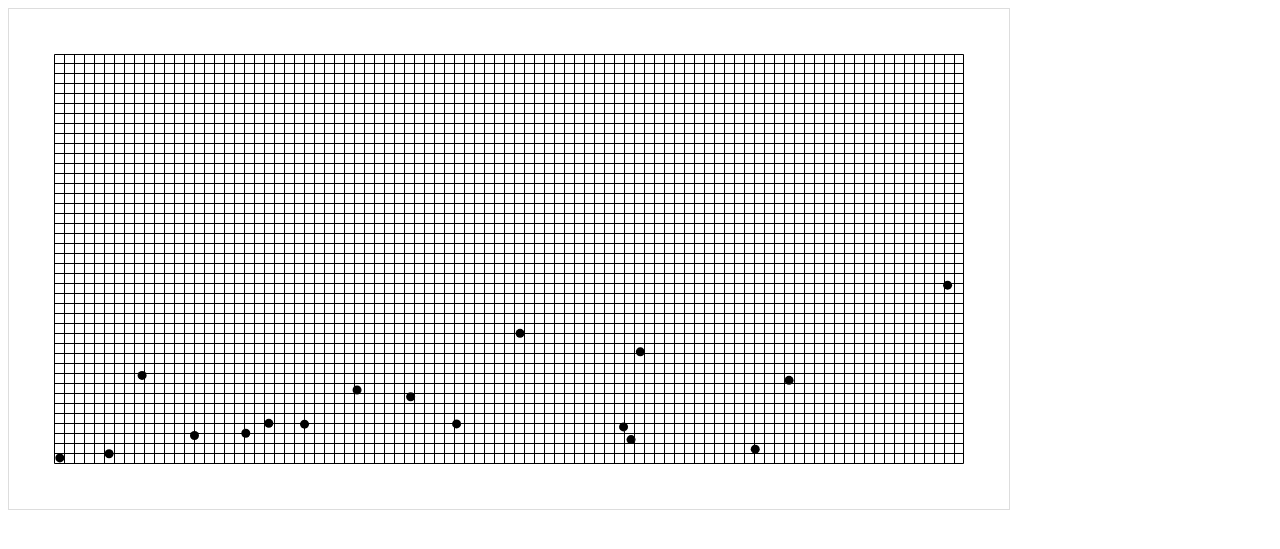
Repository: cw19931024/Demo
Page: canvas.html
An editor plug-in stored every save of this project. The page is shown before and after the next save, followed by the edit.
The browser window is 1280 px wide. The pictures show the whole page.

Above is the page before, as saved 2017-07-27 17:38:15.

### canvas.html
<!DOCTYPE html>
<html lang="en">

<head>
    <meta charset="UTF-8">
    <meta name="viewport" content="width=device-width, initial-scale=1.0">
    <meta http-equiv="X-UA-Compatible" content="ie=edge">
    <style>
        canvas {
            width: 1000px;
            height: 500px;
            margin: 0 auto;
            border: 1px solid #ddd;
        }
    </style>
    <title>Document</title>
</head>

<body>
    <canvas id="canvas" width="1000" height="500"></canvas>
</body>
<script>
    var data = [
        [0.85, 2.57],
        [50.1, 6.72],
        [83.09, 85.11],
        [135.5, 25.01],
        [186.77, 27.26],
        [209.82, 37.15],
        [245.53, 36.37],
        [298.05, 70.5],
        [351.66, 63.7],
        [397.6, 36.61],
        [461.07, 127.13],
        [564.54, 33.59],
        [572.05, 20.88],
        [581.31, 108.68],
        [696.24, 11.35],
        [730.07, 80.13],
        [888.6, 175.31],
        [926.55, 664.02]
    ]

    data = args(data)
    var canvas = document.getElementById('canvas');
    var context = canvas.getContext('2d');
    var width = canvas.width;
    var height = canvas.height;
    padding = 45.5;

    context.beginPath();
    Edit('moveTo', [width - padding, height - padding])
    Edit('lineTo', [padding, height - padding])
    Edit('moveTo', [width - padding, height - padding])
    Edit('lineTo', [width - padding,padding])
    Edit('moveTo', [width - padding, padding])
    Edit('lineTo', [padding, padding])
    Edit('moveTo', [padding, padding])
    Edit('lineTo', [padding, height - padding])

    var line = [];
    context.stroke();
    for (var i = 0; i < data.length; i++) {
        context.beginPath();
        if(!!line[0]){
            context.moveTo(line[0],line[1]);
            context.lineTo(data[i][0] + padding + 4.5,(height - data[i][1] - padding - 3))
        }
        context.arc(data[i][0] + padding + 4.5, (height - data[i][1] - padding - 3), 4.5, 0, Math.PI * 2, true)
        line[data[i][0] + padding + 4.5,(height - data[i][1] - padding - 3)]
        context.strokeStyle = '#000'
        context.fill();
    }

    for(var i = 0;i<(width-100)/10;i++){
        context.beginPath();
        context.moveTo(10*(i+1)+padding,padding);
        context.lineTo(10*(i+1)+padding,height-padding);
        context.stroke()
    }

    for(var i=0;i<(height-100)/10;i++){
        context.beginPath();
        context.moveTo(padding,height-10*(i+1)-padding);
        context.lineTo(width-padding,height-10*(i+1)-padding);
        context.stroke()
    }

    function Edit(type, data) {
        return context[type](data[0], data[1]);
    }

    function args(data) {
        for (var i = 0; i < data.length; i++) {
            for (var j = i + 1; j < data.length; j++) {
                if (data[i][0] > data[j][0]) {
                    var x = data[i];
                    data[i] = data[j];
                    data[j] = x;
                }
            }
        }
        return data;
    }
</script>

</html>

After the next save:
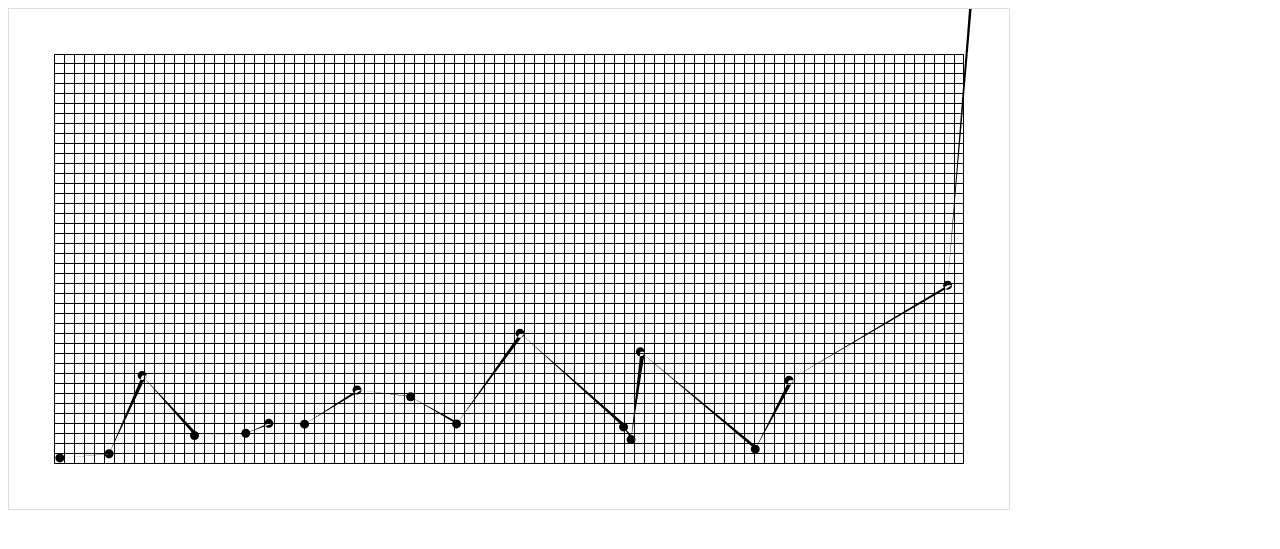
Saved 36 s later.
--- a/canvas.html
+++ b/canvas.html
@@ -67,7 +67,8 @@
             context.lineTo(data[i][0] + padding + 4.5,(height - data[i][1] - padding - 3))
         }
         context.arc(data[i][0] + padding + 4.5, (height - data[i][1] - padding - 3), 4.5, 0, Math.PI * 2, true)
-        line[data[i][0] + padding + 4.5,(height - data[i][1] - padding - 3)]
+        line[0]=data[i][0] + padding + 4.5;
+        line[1]=(height - data[i][1] - padding - 3);
         context.strokeStyle = '#000'
         context.fill();
     }
